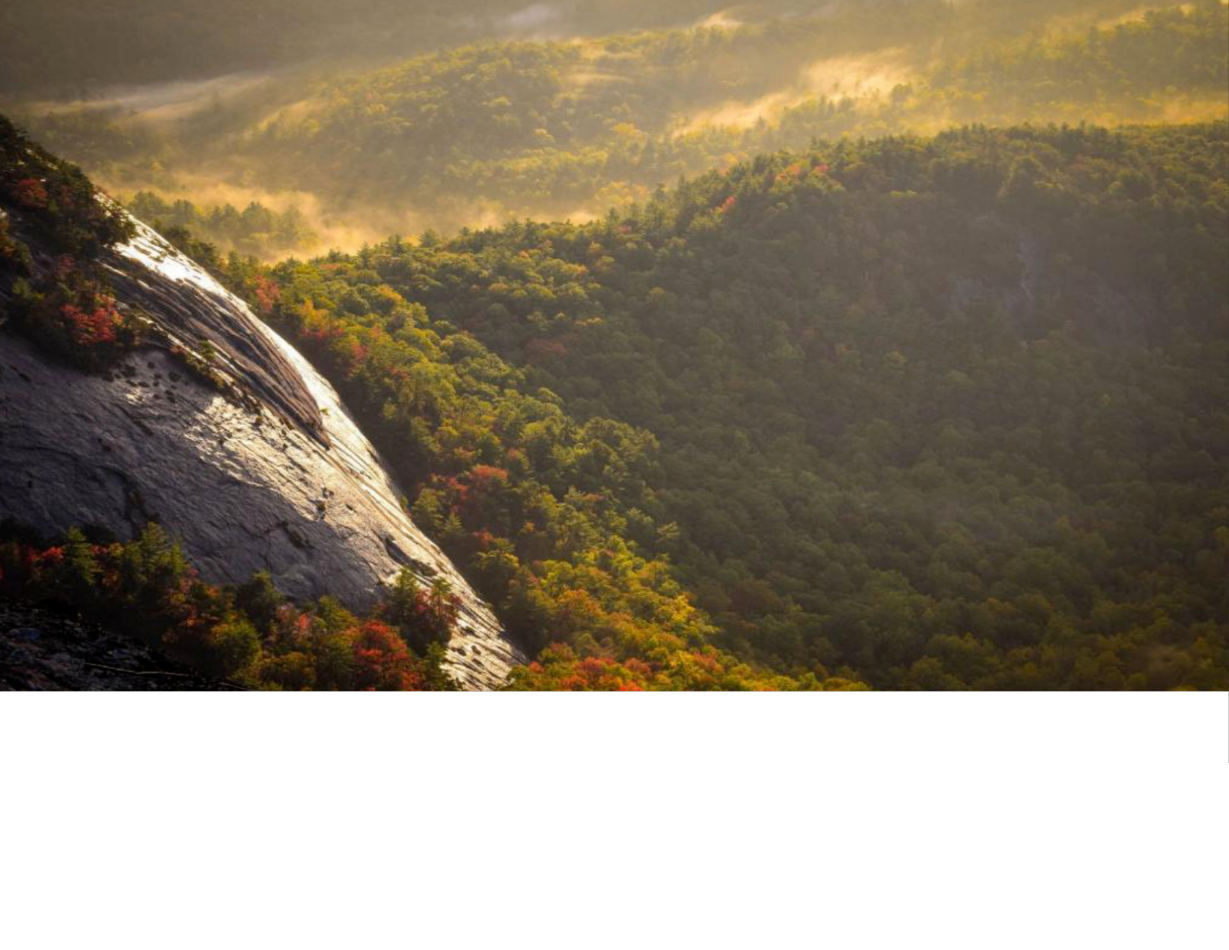
Repository: sogeisetsu/suy-ife
Page: 009-011/index.html
These files come from the project's save history. The page is drawn as it stood at one moment and after the next save; the edit follows.
The browser window is 1280 px wide. The pictures show the whole page, at 96% of full size.

Above is the page before, as saved 2019-10-10 19:10:58.

After the next save:
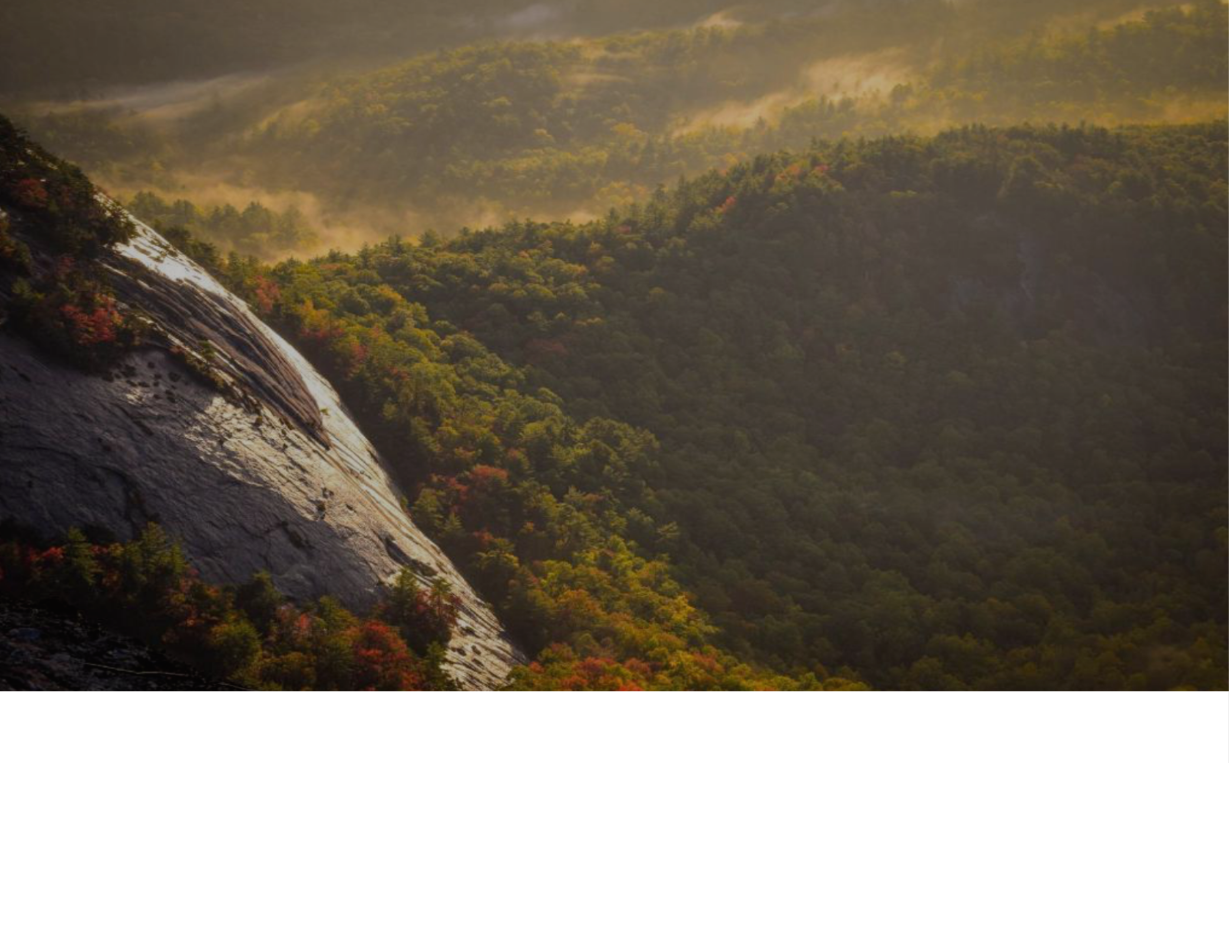
Saved 42 s later.
--- a/009-011/index.css
+++ b/009-011/index.css
@@ -19,8 +19,7 @@ html,body{
     left: 0;
     width: 100%;
     height: 100%;
-    background-color: #130f0f;
-    z-index: -1;
+    background-color: #130f0f49;
 }
 .head-image{
     width: 100%;
